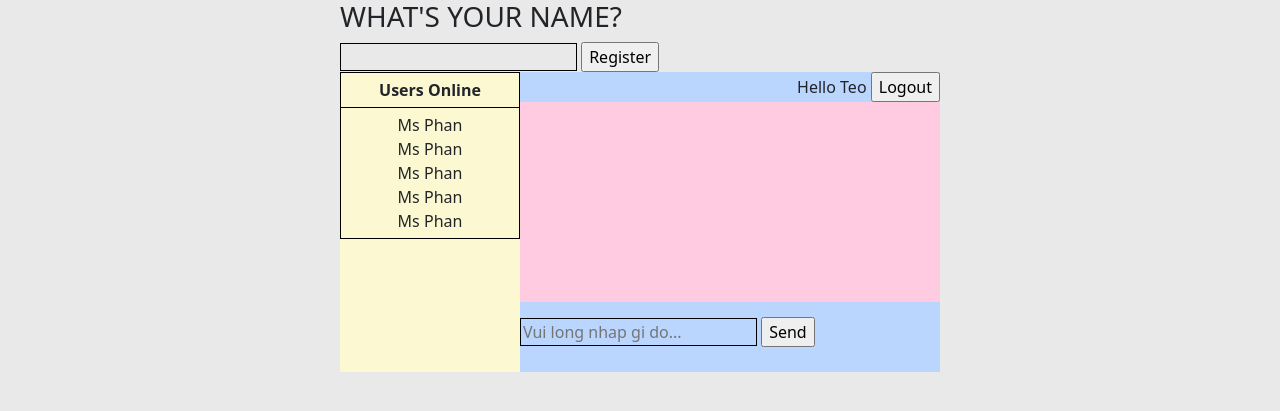
Repository: haimy125/demo_chat
Page: http://localhost/
An editor plug-in stored every save of this project. The page is shown before and after the next save, followed by the edit.
The browser window is 1280 px wide. The pictures show the whole page.
The page is served by the project's Node server (DEMO_CHAT_SOCKETIO/SERVER.js).

Above is the page before, as saved 2021-08-29 15:48:23.

### DEMO_CHAT_SOCKETIO/views/trangchu.ejs
<!DOCTYPE html>
<html lang="en">

<head>
    <meta charset="UTF-8">
    <meta http-equiv="X-UA-Compatible" content="IE=edge">
    <meta name="viewport" content="width=device-width, initial-scale=1.0">
    <title>demo chat</title>
    <link href="https://cdn.jsdelivr.net/npm/bootstrap@5.0.2/dist/css/bootstrap.min.css" rel="stylesheet" integrity="sha384-EVSTQN3/azprG1Anm3QDgpJLIm9Nao0Yz1ztcQTwFspd3yD65VohhpuuCOmLASjC" crossorigin="anonymous">
    <script src="https://cdn.jsdelivr.net/npm/@popperjs/core@2.9.2/dist/umd/popper.min.js" integrity="sha384-IQsoLXl5PILFhosVNubq5LC7Qb9DXgDA9i+tQ8Zj3iwWAwPtgFTxbJ8NT4GN1R8p" crossorigin="anonymous"></script>
    <script src="https://cdn.jsdelivr.net/npm/bootstrap@5.0.2/dist/js/bootstrap.min.js" integrity="sha384-cVKIPhGWiC2Al4u+LWgxfKTRIcfu0JTxR+EQDz/bgldoEyl4H0zUF0QKbrJ0EcQF" crossorigin="anonymous"></script>

    <script src="jquery.js"></script>
    <script src="socket.io/socket.io.js"></script>
    <link rel="stylesheet" href="layout.css">
    <script src="xuly.js">
    </script>
</head>

<body>
    <div class="container">
        <div id="wrapper">
            <div id="loginForm">
                <h3>WHAT'S YOUR NAME?</h3>
                <input type="text" id="txtUsername">
                <input type="button" value="Register" id="btnRegister" />
            </div>
            <div id="chatForm">
                <div id="left">
                    <div id="boxTitle">Users Online</div>
                    <div id="boxContent">
                        <div class="userOnline">Ms Phan</div>
                        <div class="userOnline">Ms Phan</div>
                        <div class="userOnline">Ms Phan</div>
                        <div class="userOnline">Ms Phan</div>
                        <div class="userOnline">Ms Phan</div>
                    </div>
                </div>
                <div id="right">
                    <div id="sayHi">Hello <span id="currentUser">Teo</span>
                        <input type="button" value="Logout" id="btnLogout">
                    </div>

                    <div id="listMessage"></div>

                    <div>
                        <input type="text" id="txtMessage" placeholder="Vui long nhap gi do...">
                        <input type="button" id="btnSendMessage" value="Send">
                    </div>
                </div>
            </div>
        </div>
    </div>
</body>

</html>

### DEMO_CHAT_SOCKETIO/SERVER.js
var express = require('express'); //phai require thu vien express moi chay
var app = express(); //khai bao server
app.use(express.static("public")); //can file js, css nen khai bao the nay de all file trong public la khach hang truy cap duoc het

app.set("view engine", "ejs"); //
app.set("views", "./views");
var server = require('http').Server(app); //dựng server
var io = require('socket.io')(server);
server.listen(3000);


app.get('/', function(req, res) {
    res.render('trangchu');
});

### DEMO_CHAT_SOCKETIO/public/layout.css
body {
    background-color: #e9e9e9;
}

#wrapper {
    width: 600px;
    margin: 0 auto;
}

#txtUsername {
    background-color: transparent;
    border: solid 1px black;
    /* border-width: 0 0 1 0; */
}

#left,
#right {
    min-height: 300px;
}

#left {
    width: 30%;
    float: left;
    background-color: #fcf8d1;
}

#right {
    width: 70%;
    float: right;
    background-color: #bad5fe;
}

#boxTitle {
    border: solid 1px black;
    padding: 5px;
    text-align: center;
    font-weight: bold;
}

#boxContent {
    border: solid 1px black;
    border-top: none;
    padding: 5px;
    text-align: center;
}

#sayHi {
    text-align: right;
}

#listMessage {
    height: 200px;
    background-color: #ffcbe1;
    margin-bottom: 15px;
}

#txtMessage {
    background-color: transparent;
    border: solid 1px black;
}

### DEMO_CHAT_SOCKETIO/public/xuly.js
$(document).ready(function() {
    // alert('a');
});

Loaded but not shown: DEMO_CHAT_SOCKETIO/public/jquery.js (library)

After the next save:
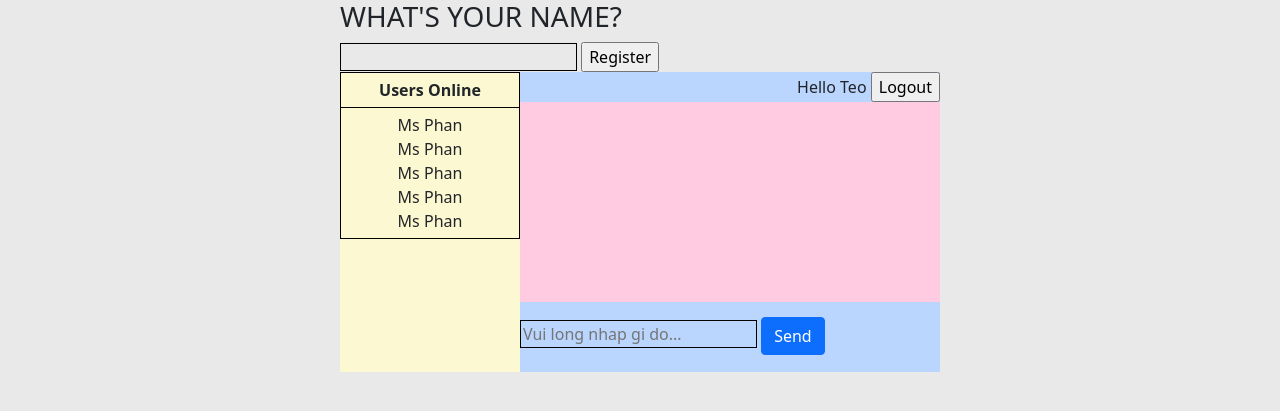
Saved 62 s later.
--- a/DEMO_CHAT_SOCKETIO/views/trangchu.ejs
+++ b/DEMO_CHAT_SOCKETIO/views/trangchu.ejs
@@ -45,7 +45,7 @@
 
                     <div>
                         <input type="text" id="txtMessage" placeholder="Vui long nhap gi do...">
-                        <input type="button" id="btnSendMessage" value="Send">
+                        <input type="button" id="btnSendMessage" value="Send" class="btn btn-primary">
                     </div>
                 </div>
             </div>
